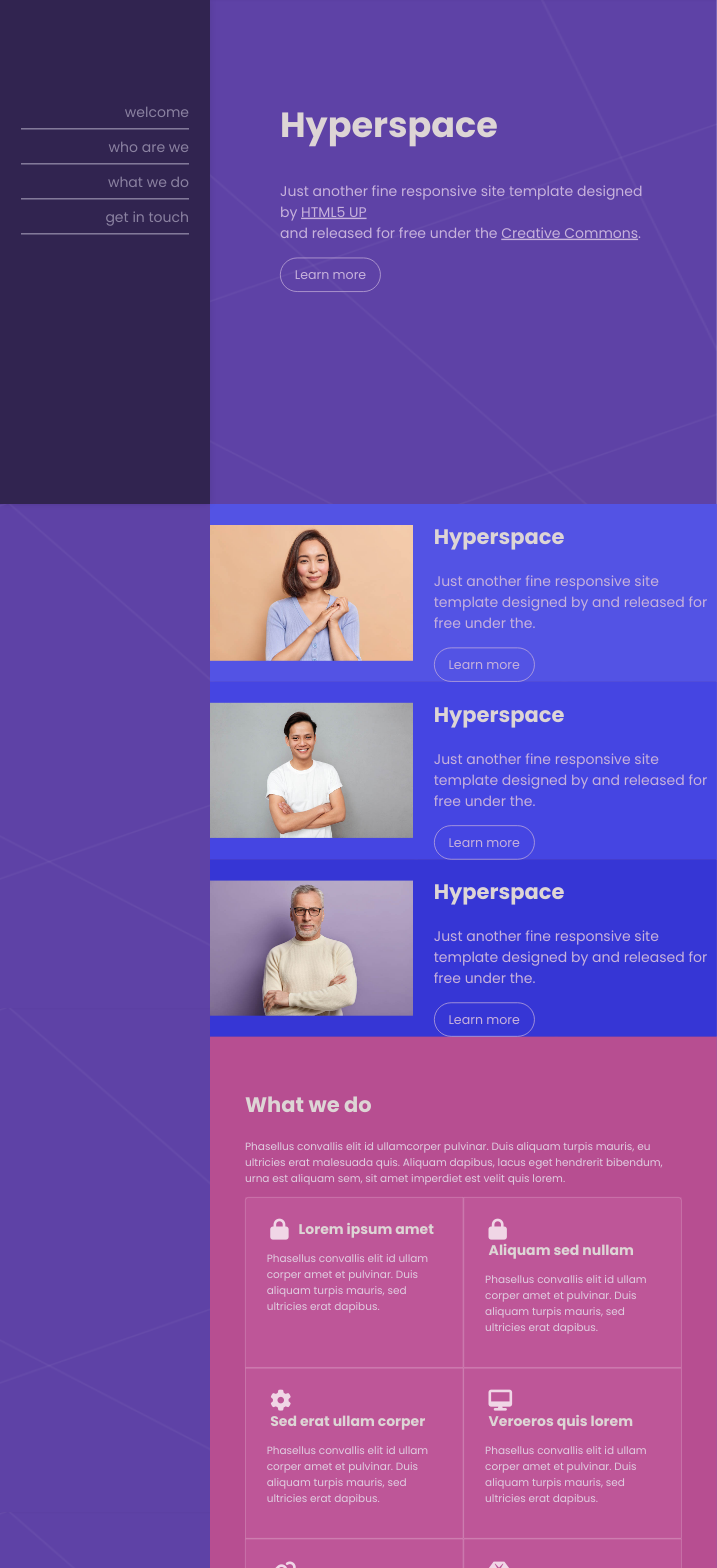
Repository: zai31/KIMIT_Tasks
Page: JsSession8/index.html
The author's editor kept a copy of each file at every save. The page is drawn from the files as they stood at one save, then again after the next save.
The browser window is 1024 px wide. The pictures show the part of the page from y = 0 to 2240 px (the page is 3492 px tall before and 3582 px after), at 70% of full size.
Backgrounds fixed to the window are drawn as part of the page.

Above is the page before, as saved 2025-09-16 16:55:36.

After the next save:
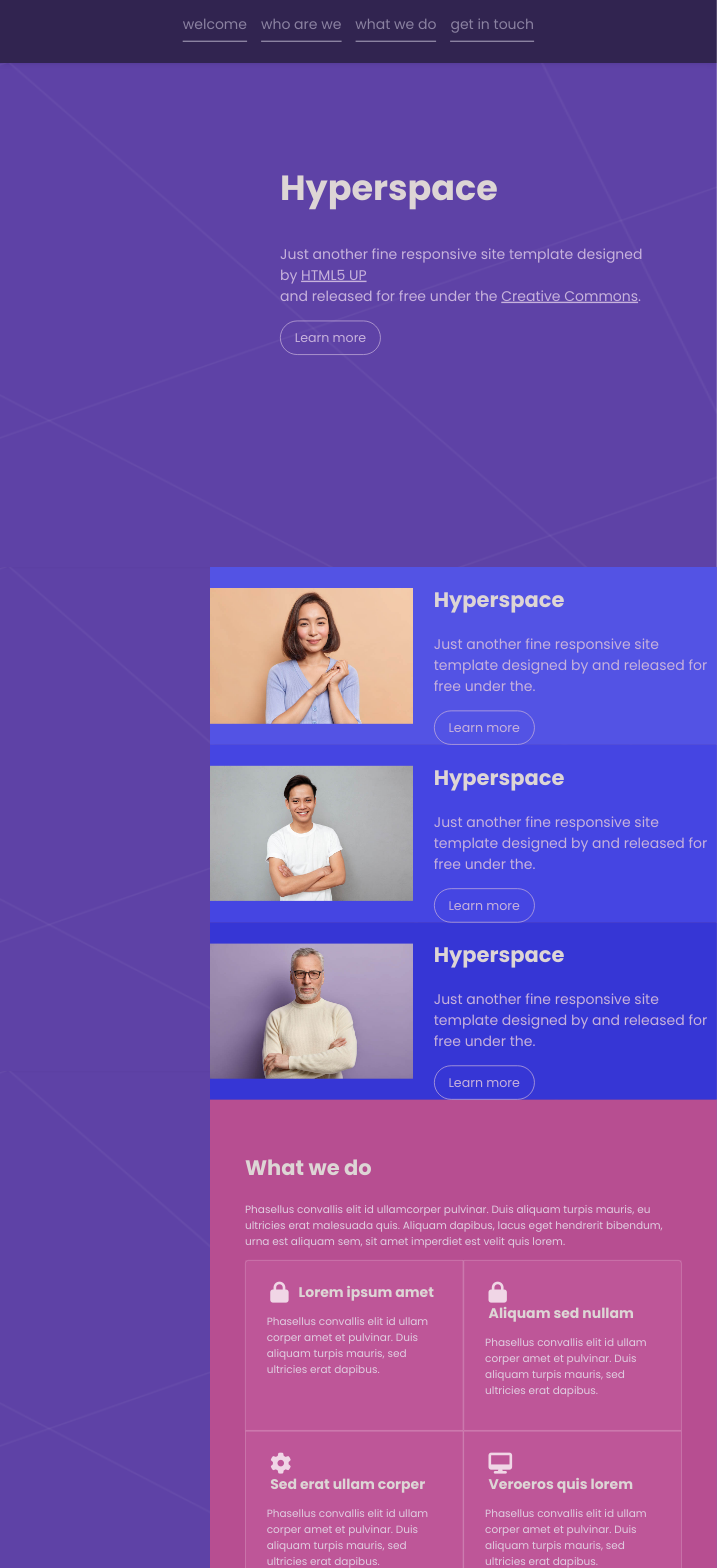
Saved 27 s later.
--- a/JsSession8/CSS/style.css
+++ b/JsSession8/CSS/style.css
@@ -47,20 +47,42 @@ body {
 }
 
 /*****respponsive *****/
-@media screen and (max-width: 1024) {
-    .flex-section .menu{
-        flex-direction: column;
-    }
-    .menu{
-        display: flex;
-        flex-direction: row;
-        width: 100%;
-        height: 100vh;
-        padding: 0
-
-    }
-
-}
+/* Tablet responsiveness: move sidebar to top */
+@media screen and (max-width: 1024px) {
+  .flex-section {
+    flex-direction: column; /* stack menu on top */
+  }
+
+  .flex-section .menu {
+    position: relative;   /* no longer fixed on side */
+    width: 100%;          /* take full width */
+    height: auto;
+    min-height: auto;
+    padding: 20px;        /* reduce padding */
+    display: flex;
+    justify-content: center; /* center the links */
+    align-items: center;
+  }
+
+  .flex-section .menu ul {
+    display: flex;
+    flex-direction: row;   /* row layout */
+    justify-content: center;
+    gap: 20px;
+    text-align: center;
+    width: 100%;
+  }
+
+  .flex-section .menu ul li {
+    margin: 0; /* remove bottom margin */
+    padding: 0;
+  }
+
+  .flex-section .section {
+    padding-left: 0; /* remove left offset since sidebar is gone */
+  }
+}
+
 
 .flex-section .menu ul {
     list-style: none;
